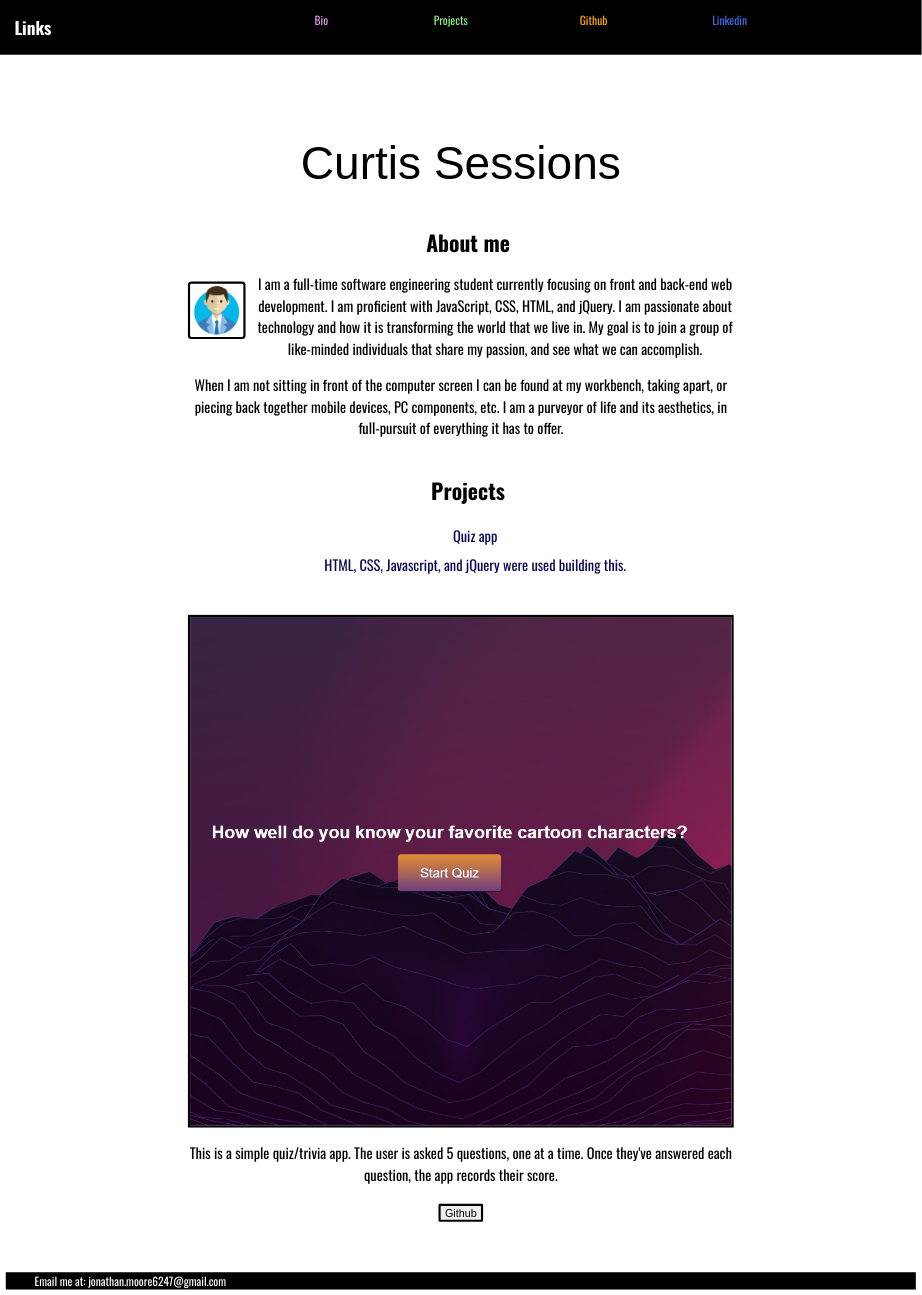
Repository: cjsesh00/NewProfile
Page: index.html
The author's editor kept a copy of each file at every save. The page is drawn from the files as they stood at one save, then again after the next save.
The browser window is 1280 px wide. The pictures show the whole page, at 72% of full size.
Some web fonts or font styles are not loaded; a fallback is used. Some web libraries are served in a nearby version.

Above is the page before, as saved 2020-03-08 17:44:09.
Not found: scripts/index.js

### index.html
<!DOCTYPE html>
<html lang="en">

<head>
  <meta charset="UTF-8">
  <meta name="viewport" content="width=device-width, initial-scale=1.0">
  <meta http-equiv="X-UA-Compatible" content="ie=edge">

  <link rel="stylesheet" href="main.css">
  <script src="https://kit.fontawesome.com/6547825e10.js" crossorigin="anonymous"></script>
  <link href='https://fonts.googleapis.com/css?family=Oswald:400,300,700' rel='stylesheet' type='text/css'>
  <link rel="stylesheet" href="https://use.typekit.net/mgs6znr.css">
  <title>Curtis's Portfolio</title>
</head>
<style>
  a {
    text-decoration: none;
  }
</style>

<body id="top">
  <div class="nav-list">
    <nav role="navigation">
      <h2>
        <a href="#top">Links</a>
      </h2>

      <ul class="nav-items">
        <li><a href="#bio" style="color: plum">Bio</a></li>
        <li><a href="#projects" style="color: lightgreen">Projects</a></li>
        <li><a href="https://github.com/cjsesh00/Projects" target="blank" style="color: orange">Github</a></li>
        <li><a href="https://www.linkedin.com/in/curt-sessions-81b19a1a3/" target="blank"
          style="color: royalblue">Linkedin</a></li>
      </ul>
  </div>
  </nav>
  <main>
    <h1>
      Curtis Sessions
    </h1>
    <a name="bio"></a>
      <section class="bio">
        <h2 class="section-header">About me</h2>
        <div></div>
        <img class="profile-photo" src="img/icone-people-66.png">
        <p>I am a full-time software engineering student currently focusing on front and back-end web development.
            I am proficient with JavaScript, CSS, HTML, and jQuery. I am passionate about technology and how it is
            transforming the world that we live in. My goal is to join a group of like-minded individuals that share my passion,
            and see what we can accomplish. </p>
        <a name="projects"></a>
        <p>When I am not sitting in front of the computer screen I can be found at my workbench,
            taking apart, or piecing back together mobile devices, PC components, etc.  I am
            a purveyor of life and its aesthetics, in full-pursuit of everything it has to offer.</p>
    </div>
    </section>
    </div>
    <div>
      <section class="projects">
        <h2 class="section-header">Projects</h2>
        <ul class="project-details">
        <li>
          <p>
            <p style="color:rgb(6, 6, 85)">Quiz app</p>
          </p>
        </li>
        <li>
          <p>
            <p style="color: rgb(6, 6, 85)">HTML, CSS, Javascript, and jQuery were used building this.</p>
          </p>
        </li>
      </ul>
        <img class="image" src="img/quiz.jpg">
        <p>This is a simple quiz/trivia app. The user is asked 5 questions, one at a time. Once they've answered each
          question, the app records their score.</p>
        <a href="https://cjsesh00.github.io/Projects/"
          target="blank">
          <button class="github-link">Github</button>
        </a>

      </section>
    </div>
  </main>
  <script type="text/javascript" src="https://cdnjs.cloudflare.com/ajax/libs/jquery/3.1.0/jquery.min.js"></script>
  <script type="text/javascript" src="scripts/index.js"></script>
</body>
<footer id="footer">
  <ul>
    <li><a href="mailto:jonathan.moore6247@gmail.com">Email me at: jonathan.moore6247@gmail.com</a></li>
  </ul>
</footer>

</html>

### main.css
*{
  box-sizing: border-box;
}

body{
  font-family: 'Oswald', sans-serif;
}

.image{
  margin-left: auto;
  margin-right: auto;
  width: 100%;
  border: solid black;
  margin-bottom: 20px;
  margin-top: 50px;
}

.profile-photo{
  float: left;
  width: 80px;
  margin-top: 32px;
  margin-right: 15px;
  border: solid black;
  border-radius: 5px;
}

.header-image{
  margin-left: auto;
  margin-right: auto;
  width: 25%
}

nav{
  position: absolute;
  top: 0%;
  left: 0%;
  right: 0%;
  display: block;
  background-color: black;
  color: white;
}

li{
  list-style: none;
}

.nav-list{
  width: 20%;
  float: left;
}

h1{
    text-align: center;
    margin-top: 70%;
    font-family: neon-stream, sans-serif;
    font-weight: 400;
    font-style: normal;
    font-size: 4em;
}

h2{
  margin-left: 20px;
}

a{
  color: white;
}

button{
  font-size: 15px;
  border: solid black;
  border-radius: 2px;
  margin-bottom: 20px;
}

#footer{
  bottom: 0%;
  left: 0%;
  right: 0%;
  display: flex;
  background-color: black;
  color: white;
  width: 100%;
}

#footer ul{
  margin: 0 auto;
  text-align: center;
}

.project-details p{
  display: inline;
  line-height: 40px;
}

/* Non-mobile, grid */
@media only screen and (min-width: 850px){
  h1{
    text-align: center;
    margin-top: 15%;
  }

  section{
    font-size: 20px;
    text-align: center;
    padding: 0% 20%;
    margin-top: 50px;
    margin-bottom: 50px;
  }

  .quiz-app {
      width: 200px;
  }

  h2{
    width: 25%;
  }

  nav ul li{
    text-align: right;
    width: 20%;
    padding: 0% 5%;
  }

  nav div ul:hover{
    cursor: pointer;
  }

  .nav-list{
    display: flex;
    width: 75%;
  }

  img{
    display: block;
  }

  .header-image{
    margin-left: auto;
    margin-right: auto;
  }

  .image{
    margin-left: auto;
    margin-right: auto;
    width: 100%;
    border: solid black;
    margin-bottom: 20px;
    margin-top: 50px;
  }

  .section-header{
    display: inline;
    text-align: center;
  }

  nav{
    position: absolute;
    top: 0%;
    left: 0%;
    right: 0%;
    display: flex;
    background-color: black;
    color: white;
  }

  ul{
    display: flex;
    width: 100%;
  }

  .project-details{
    display: block;
  }
}

After the next save:
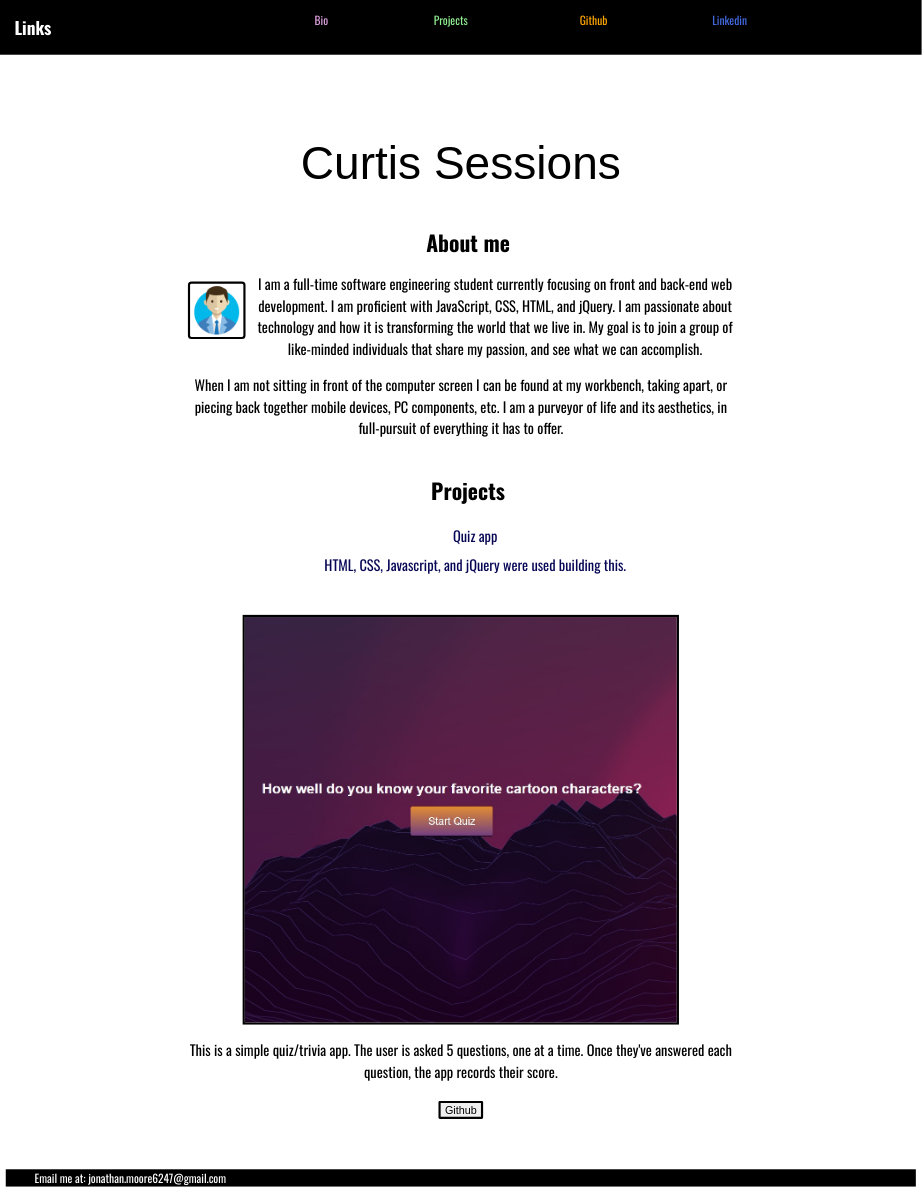
Saved 23 s later.
--- a/main.css
+++ b/main.css
@@ -108,9 +108,7 @@ button{
     margin-bottom: 50px;
   }
 
-  .quiz-app {
-      width: 200px;
-  }
+
 
   h2{
     width: 25%;
@@ -143,7 +141,7 @@ button{
   .image{
     margin-left: auto;
     margin-right: auto;
-    width: 100%;
+    width: 80%;
     border: solid black;
     margin-bottom: 20px;
     margin-top: 50px;
